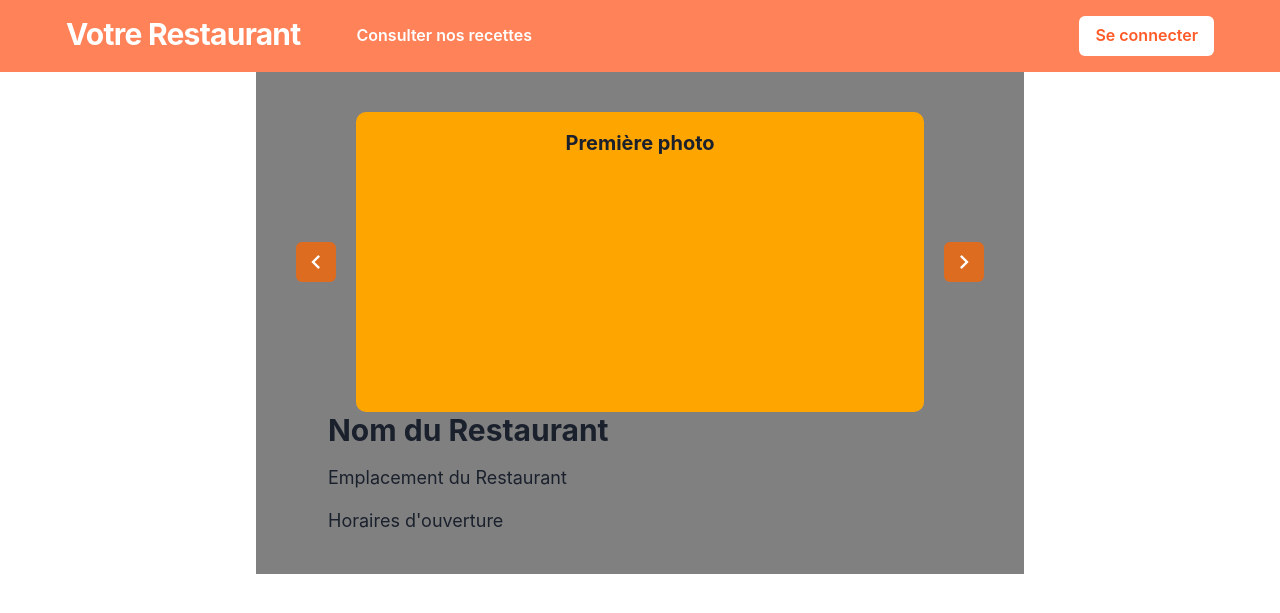
Repository: Ecaron76/tp-restau-next
Page: /
An editor plug-in stored every save of this project. The page is shown before and after the next save, followed by the edit.
The browser window is 1280 px wide. The pictures show the whole page.
The project was rebuilt for these pictures with package versions that can differ from the ones it lists, and the page was loaded fresh each time. The framework's server and built-in components were replaced by stand-ins that run in the browser. Also part of the build but not shown: next.config.mjs.

Above is the page before, as saved 2024-02-25 19:22:51.

### src/app/layout.tsx
'use client'

import { Inter } from "next/font/google";
import "./globals.css";
import { ChakraProvider, extendTheme  } from '@chakra-ui/react'
import Header from "@/components/Header/Header";
const theme = extendTheme({
  colors: {
    brand: {
      50: '#ffeee6',
      100: '#ffc7b7',
      200: '#ffa788',
      300: '#ff8259',
      400: '#ff5b29',
      500: '#ff3300',
      600: '#cc2900',
      700: '#991f00',
      800: '#661600',
      900: '#330c00',
    },
  },
});



export function Providers({ children }: { children: React.ReactNode }) {
  return <ChakraProvider theme={theme}>{children}</ChakraProvider>
}

export default function RootLayout({
  children,
}: Readonly<{
  children: React.ReactNode;
}>) {
  return (
    <html lang="en">
      <body>
        <Providers>{children}</Providers>
      </body>
    </html>
  );
}

### src/app/page.tsx
"use client"
import Image from "next/image";

import Header from "@/components/Header/Header";
import PageContainer from "@/components/PageContainer/PageContainer";
import SliderResto from "@/components/SliderResto/SliderResto";
import Slider from "react-slick";
import { Box, Flex, Heading, Text } from "@chakra-ui/react";
const settings = {
  dots: true,
  infinite: true,
  speed: 500,
  slidesToShow: 1,
  slidesToScroll: 1,
};
export default function Home() {
  const restaurantData = {
    name: 'Nom du Restaurant',
    location: 'Emplacement du Restaurant',
    hours: 'Horaires d\'ouverture',
    // Ajoutez d'autres données nécessaires
  };
  return (
    <main >
      <Header />
      <PageContainer>


        <SliderResto />
        {/* Image du restaurant */}

        {/* Informations du restaurant */}
        <Box ml={[0, 0, 8]} mt={[4, 4, 0]}>
          <Heading as="h1" fontSize="3xl" mb={4}>
            {restaurantData.name}
          </Heading>
          <Text fontSize="lg" mb={4}>
            {restaurantData.location}
          </Text>
          <Text fontSize="lg">
            {restaurantData.hours}
          </Text>
          {/* Ajoutez d'autres informations sur le restaurant ici */}
        </Box>

      </PageContainer>
    </main>
  );
}

### src/app/globals.css
:root {
  --max-width: 1100px;
  --border-radius: 12px;
  --font-mono: ui-monospace, Menlo, Monaco, "Cascadia Mono", "Segoe UI Mono",
    "Roboto Mono", "Oxygen Mono", "Ubuntu Monospace", "Source Code Pro",
    "Fira Mono", "Droid Sans Mono", "Courier New", monospace;

  --foreground-rgb: 0, 0, 0;
  --background-start-rgb: 214, 219, 220;
  --background-end-rgb: 255, 255, 255;

  --primary-glow: conic-gradient(
    from 180deg at 50% 50%,
    #16abff33 0deg,
    #0885ff33 55deg,
    #54d6ff33 120deg,
    #0071ff33 160deg,
    transparent 360deg
  );
  --secondary-glow: radial-gradient(
    rgba(255, 255, 255, 1),
    rgba(255, 255, 255, 0)
  );

  --tile-start-rgb: 239, 245, 249;
  --tile-end-rgb: 228, 232, 233;
  --tile-border: conic-gradient(
    #00000080,
    #00000040,
    #00000030,
    #00000020,
    #00000010,
    #00000010,
    #00000080
  );

  --callout-rgb: 238, 240, 241;
  --callout-border-rgb: 172, 175, 176;
  --card-rgb: 180, 185, 188;
  --card-border-rgb: 131, 134, 135;
}

@media (prefers-color-scheme: dark) {
  :root {
    --foreground-rgb: 255, 255, 255;
    --background-start-rgb: 0, 0, 0;
    --background-end-rgb: 0, 0, 0;

    --primary-glow: radial-gradient(rgba(1, 65, 255, 0.4), rgba(1, 65, 255, 0));
    --secondary-glow: linear-gradient(
      to bottom right,
      rgba(1, 65, 255, 0),
      rgba(1, 65, 255, 0),
      rgba(1, 65, 255, 0.3)
    );

    --tile-start-rgb: 2, 13, 46;
    --tile-end-rgb: 2, 5, 19;
    --tile-border: conic-gradient(
      #ffffff80,
      #ffffff40,
      #ffffff30,
      #ffffff20,
      #ffffff10,
      #ffffff10,
      #ffffff80
    );

    --callout-rgb: 20, 20, 20;
    --callout-border-rgb: 108, 108, 108;
    --card-rgb: 100, 100, 100;
    --card-border-rgb: 200, 200, 200;
  }
}

* {
  box-sizing: border-box;
  padding: 0;
  margin: 0;
}

html,
body {

  overflow-x: hidden;
}

body {
  color: rgb(var(--foreground-rgb));
  background: linear-gradient(
      to bottom,
      transparent,
      rgb(var(--background-end-rgb))
    )
    rgb(var(--background-start-rgb));
}

a {
  color: inherit;
  text-decoration: none;
}

@media (prefers-color-scheme: dark) {
  html {
    color-scheme: dark;
  }
}

### src/components/Header/Header.tsx
import { Box, Flex, Heading, Spacer, Button } from '@chakra-ui/react';
import NextLink from 'next/link'; // Pour gérer la navigation entre les pages

const Header = () => {
  return (
    <Box bg="brand.300" p={4} color="white">
      <Flex alignItems="center" maxW="100%" marginLeft={'50px'} marginRight={'50px'} justifyContent='space-between'>
        {/* Logo ou Nom du restaurant */}
        <Box display={'flex'} gap={10}>
        <Heading as="h1" size="lg" letterSpacing="tight">
          <NextLink href="/" passHref>
              Votre Restaurant
          </NextLink>
        </Heading>
        <Box>
          <NextLink href="/recettes" passHref>
            <Button  variant="ghost" color={'white'}>
              Consulter nos recettes
            </Button>
          </NextLink>
        </Box>
        </Box>
        <Box>
          <NextLink href="/login" passHref>
            <Button  variant="ghost" color={'brand.400'} bg={'white'}>
              Se connecter
            </Button>
          </NextLink>
        </Box>
      </Flex>
    </Box>
  );
};

export default Header;

### src/components/PageContainer/PageContainer.tsx
import { Box } from "@chakra-ui/react";

export default function PageContainer({children}: {children: React.ReactNode}) {
    return (
      <Box marginRight={'20%'}marginLeft={'20%'} bg="grey" padding={10}>
        {children}
      </Box>
    )
  }

### src/components/SliderResto/SliderResto.tsx
import { ChevronLeftIcon, ChevronRightIcon } from "@chakra-ui/icons";
import { Box, Button, HStack, IconButton, Text } from "@chakra-ui/react";
import { useState } from "react";

export default function SliderResto() {
    const [currentSlide, setCurrentSlide] = useState(0);
    const slides = [
        { id: 1, title: 'Première photo', },
        { id: 2, title: 'Deuxième photo',  },
        { id: 3, title: 'Troisième photo',  },
      ];

      const goToNextSlide = () => {
        setCurrentSlide((prevSlide: number) => (prevSlide + 1) % slides.length);
      };

      const goToPrevSlide = () => {
        setCurrentSlide((prevSlide: number) => (prevSlide - 1 + slides.length) % slides.length);
      };
  return (
    <Box position="relative" textAlign="center" >
      <Box display={'flex'} justifyContent={'center'} alignItems={'center'} gap={5}>
        <IconButton
          onClick={goToPrevSlide}
          icon={<ChevronLeftIcon boxSize={7} />}
          colorScheme="orange"
          size="md"
          aria-label="Précédent"
        />
        <Box position="relative" textAlign="center" p={4} bg={'orange'} width={600} height={300} borderRadius={10}>
          <Text fontSize="xl" fontWeight="bold" mb={2}>
            {slides[currentSlide].title}
          </Text>
        </Box>
        <IconButton
          onClick={goToNextSlide}
          icon={<ChevronRightIcon boxSize={7} />}
          colorScheme="orange"
          size="md"
          aria-label="Suivant"
        />
      </Box>

    </Box>
  );
}

After the next save:
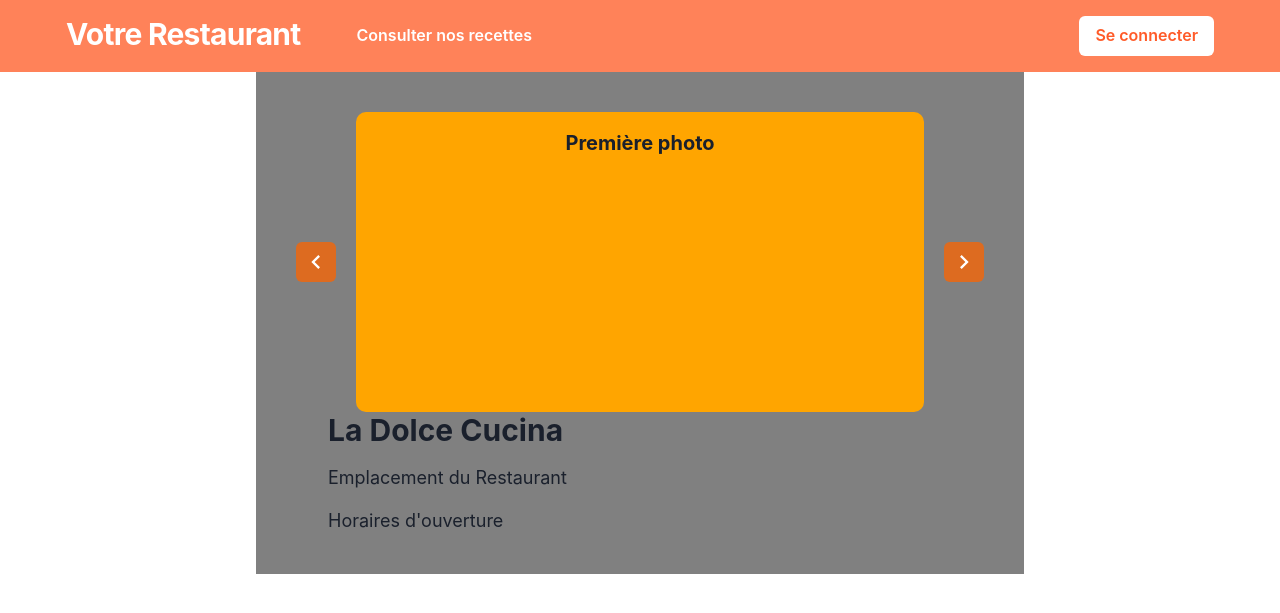
Saved 59 s later.
--- a/src/app/page.tsx
+++ b/src/app/page.tsx
@@ -15,7 +15,7 @@ const settings = {
 };
 export default function Home() {
   const restaurantData = {
-    name: 'Nom du Restaurant',
+    name: 'La Dolce Cucina',
     location: 'Emplacement du Restaurant',
     hours: 'Horaires d\'ouverture',
     // Ajoutez d'autres données nécessaires
